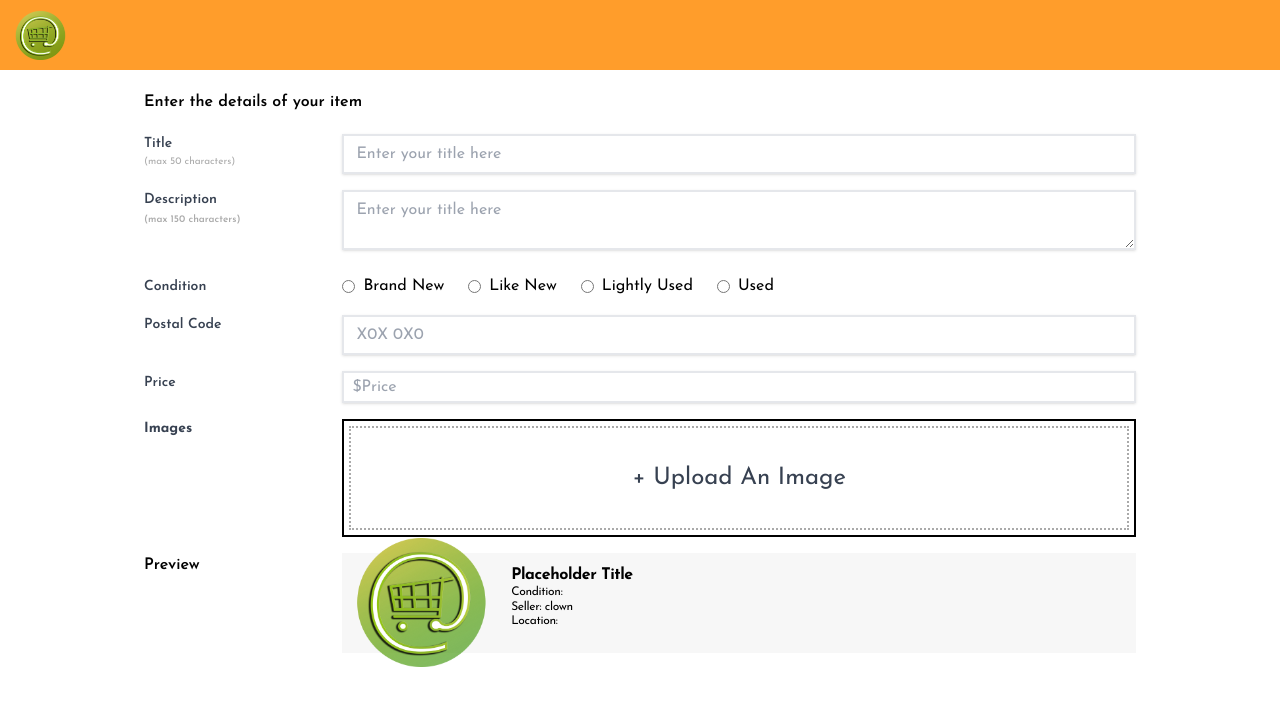
Repository: AdwaitSri/Kingston-Marketplace
Page: /creation (app in qhacks-24/)
An editor plug-in stored every save of this project. The page is shown before and after the next save, followed by the edit.
The browser window is 1280 px wide. The pictures show the whole page.
The project was rebuilt for these pictures with package versions that can differ from the ones it lists, and the page was loaded fresh each time. Also part of the build but not shown: qhacks-24/src/components/HomeNavbar.js, qhacks-24/src/pages/Home.js, qhacks-24/src/pages/Signup.js.

Above is the page before, as saved 2024-02-03 11:27:10.

### qhacks-24/public/index.html
<!DOCTYPE html>
<html lang="en">
  <head>
    <meta charset="utf-8" />
    <link rel="preconnect" href="https://fonts.googleapis.com">
    <link rel="preconnect" href="https://fonts.gstatic.com" crossorigin>
    <link href="https://fonts.googleapis.com/css2?family=Josefin+Sans:ital,wght@0,100;0,200;0,300;0,400;0,500;0,600;0,700;1,100;1,200;1,300;1,400;1,500;1,600;1,700&display=swap" rel="stylesheet">
    <link rel="icon" href="%PUBLIC_URL%/favicon.ico" />
    <meta name="viewport" content="width=device-width, initial-scale=1" />
    <meta name="theme-color" content="#000000" />
    <meta
      name="description"
      content="Web site created using create-react-app"
    />
    <link rel="apple-touch-icon" href="%PUBLIC_URL%/logo192.png" />
    <!--
      manifest.json provides metadata used when your web app is installed on a
      user's mobile device or desktop. See https://developers.google.com/web/fundamentals/web-app-manifest/
    -->
    <link rel="manifest" href="%PUBLIC_URL%/manifest.json" />
    <!--
      Notice the use of %PUBLIC_URL% in the tags above.
      It will be replaced with the URL of the `public` folder during the build.
      Only files inside the `public` folder can be referenced from the HTML.

      Unlike "/favicon.ico" or "favicon.ico", "%PUBLIC_URL%/favicon.ico" will
      work correctly both with client-side routing and a non-root public URL.
      Learn how to configure a non-root public URL by running `npm run build`.
    -->
    <title>React App</title>
  </head>
  <body>
    <noscript>You need to enable JavaScript to run this app.</noscript>
    <div id="root"></div>
    <!--
      This HTML file is a template.
      If you open it directly in the browser, you will see an empty page.

      You can add webfonts, meta tags, or analytics to this file.
      The build step will place the bundled scripts into the <body> tag.

      To begin the development, run `npm start` or `yarn start`.
      To create a production bundle, use `npm run build` or `yarn build`.
    -->
  </body>
</html>

### qhacks-24/src/pages/Creation.js
// Import React and necessary hooks
import React from 'react';
import CreationNavbar from '../components/CreationNavbar';

// The main component for the form
export default function Creation() {

    const [title, setTitle] = React.useState('');
    const [desc, setDesc] = React.useState('');
    const [postalCode, setPostalCode] = React.useState('');
    const [price, setPrice] = React.useState('');

    const [condition, setCondition] = React.useState(
        ["", "", "", ""]
    )

    const sellerName = "clown";  // ! IMPORTANT ! CHANGE TO THE USER'S NAME AFTERWARDS

    function handleTitleChange(event) {
        setTitle(prevTitle => (event.target.value));
    }

    function handleDescChange(event) {
        setDesc(prevDesc => (event.target.value));
    }

    function handlePostalCodeChange(event) {
        setPostalCode(prevPostalCode => (event.target.value));
    }

    function handlePriceChange(event) {
        setPrice(prevPrice => (event.target.value));
    }

    function handleConditionChange(event) {
        setCondition(prevCondition => {
            let newCondition = "";
            const target = event.target.id;


            if (prevCondition[target] === "") {
                newCondition = "checked";
            }

            let newState = ["", "", "", ""];
            newState[target] = newCondition;
            return newState;
        })
    }

    function getCondition() {
        let name = "";
        let index = -1;
        for (let i = 0; i < condition.length; i++) {
            if (condition[i] !== '') {
                index = i;
                break;
            }
        }
        const conditions = ["Brand New", "Like New", "Lightly Used", "Used"];
        if (index >= 0) {
            name = conditions[index];
        }
        return name;
    }

    return (
        <>
        <CreationNavbar />
        <div className="w-4/5 mx-auto">
            <div className="mt-[20px] mx-auto px-4">
                <h3
                    className='font-jose font-semibold w-full mb-[20px]'
                >Enter the details of your item</h3>

                <form>
                    <div className="mb-4 flex justify-between">
                    <label className="font-jose block" htmlFor="title">
                        <p className="text-gray-700 text-sm font-semibold">Title</p>
                        <p className="text-[#aaaaaa] text-[10px]">(max 50 characters)</p>
                    </label>
                    <input
                        className="font-jose shadow appearance-none border-2 w-[80%] py-2 px-3 text-gray-700 leading-tight focus:outline-none focus:shadow-outline"
                        name="title"
                        onChange={handleTitleChange}
                        type="text"
                        value={title}
                        placeholder="Enter your title here"
                    />
                    </div>

                    <div className="mb-4 flex justify-between">
                    <label className="font-jose block text-gray-700 text-sm font-semibold" htmlFor="description">
                        <p className="text-gray-700 text-sm font-semibold">Description</p>
                        <p className="text-[#aaaaaa] text-[10px]">(max 150 characters)</p>
                    </label>
                    <textarea
                        className="font-jose shadow appearance-none w-[80%] border-2 py-2 px-3 text-gray-700 leading-tight focus:outline-none focus:shadow-outline"
                        name="description"
                        placeholder="Enter your title here"
                        onChange={handleDescChange}
                        value={desc}
                    />
                    </div>

                    <div className="mb-4 flex justify-between">
                    <span className="font-jose text-gray-700 text-sm font-semibold mt-[11px]">Condition</span>
                    <div className="mt-2 w-[80%]">
                        <label className="font-jose inline-flex items-center">
                        <input type="radio" className="form-radio" name="condition" id="0" value="Brand New" onChange={handleConditionChange} checked={condition[0]}/>
                        <span className="font-jose ml-2">Brand New</span>
                        </label>
                        <label className="font-jose inline-flex items-center ml-6">
                        <input type="radio" className="form-radio" name="condition" id="1" value="Like New" onChange={handleConditionChange} checked={condition[1]}/>
                        <span className="font-jose ml-2">Like New</span>
                        </label>
                        <label className="font-jose inline-flex items-center ml-6">
                        <input type="radio" className="form-radio" name="condition" id="2" value="Lightly Used" onChange={handleConditionChange} checked={condition[2]}/>
                        <span className="font-jose ml-2">Lightly Used</span>
                        </label>
                        <label className="font-jose inline-flex items-center ml-6">
                        <input type="radio" className="form-radio" name="condition" id="3" value="Used" onChange={handleConditionChange} checked={condition[3]}/>
                        <span className="font-jose ml-2">Used</span>
                        </label>
                    </div>
                    </div>

                    <div className="mb-4 flex justify-between">
                    <label className="font-jose block text-gray-700 text-sm font-semibold" htmlFor="postal-code">
                        <p className="text-gray-700 text-sm font-semibold">Postal Code</p>
                    </label>
                    <input
                        className="font-jose shadow appearance-none border-2 w-[80%] py-2 px-3 text-gray-700 leading-tight focus:outline-none focus:shadow-outline"
                        name="postal-code"
                        type="text"
                        placeholder="X0X 0X0"
                        value={postalCode}
                        onChange={handlePostalCodeChange}
                    />
                    </div>

                    <div className="mb-4 flex justify-between items-center">
                    <label className="font-jose block text-gray-700 text-sm font-semibold mb-2" htmlFor="price">
                        Price
                    </label>
                    <input
                        className="font-jose shadow appearance-none border-2 w-[80%] py-1 px-2 text-gray-700 leading-tight focus:outline-none focus:shadow-outline"
                        name="price"
                        type="text"
                        placeholder="$Price"
                        value={price}
                        onChange={handlePriceChange}
                    />
                    </div>

                    <div className="mb-4 flex justify-between">
                    <label className="font-jose block text-gray-700 text-sm font-bold mb-2">
                        Images
                    </label>
                        <div
                            className='w-[80%] p-[5px] border-2 border-solid border-black'
                        >
                            <button
                                type="button"
                                className="font-jose w-full py-8 px-3 text-gray-700 text-[24px] border-2 border-dotted border-[#aaaaaa] z-10"
                            >
                                + Upload An Image
                            </button>
                        </div>
                    </div>

                    <div className="flex justify-between">
                        <p className="font-jose font-semibold">
                            Preview
                        </p>
                        <div
                            className="w-4/5 h-[100px] bg-[#f7f7f7] flex items-center"
                        >
                            <img src="/images/logo.png" alt="placeholder" className="w-[20%]"/>
                            <div className='h-full w-[80%] p-[10px]'>
                                <p className="font-jose font-bold tracking-tight h-[25%]">{title ? title : "Placeholder Title"}</p>
                                <p className="font-jose text-[12px] tracking-tight">Condition: {getCondition()}</p>
                                <p className="font-jose text-[12px] relative top-[-3px] tracking-tight">Seller: {sellerName}</p>
                                <p className="font-jose text-[12px] relative top-[-7px] tracking-tight">Location: {postalCode}</p>
                            </div>
                        </div>
                    </div>

                    <div className="font-jose flex justify-between items-center">
                        <button
                            type="button"
                            className="font-jose bg-red-500 hover:bg-red-700 text-white font-bold py-2 px-4 rounded focus:outline-none focus:shadow-outline"
                        >
                            Cancel
                        </button>
                        <button
                            type="submit"
                            className="font-jose bg-green-500 hover:bg-green-700 text-white font-bold py-2 px-4 rounded focus:outline-none focus:shadow-outline"
                        >
                            Confirm
                        </button>
                    </div>
                </form>
            </div>
        </div>
    </>
  );
};

Loaded but not shown: qhacks-24/src/index.css (common file); qhacks-24/src/App.css (common file); qhacks-24/src/components/CreationNavbar.js (21 lines, source omitted); qhacks-24/src/index.js (19 lines, source omitted); qhacks-24/src/App.js (20 lines, source omitted); qhacks-24/tailwind.config.js (18 lines, source omitted); qhacks-24/src/output.css (1762 lines, source omitted)

After the next save:
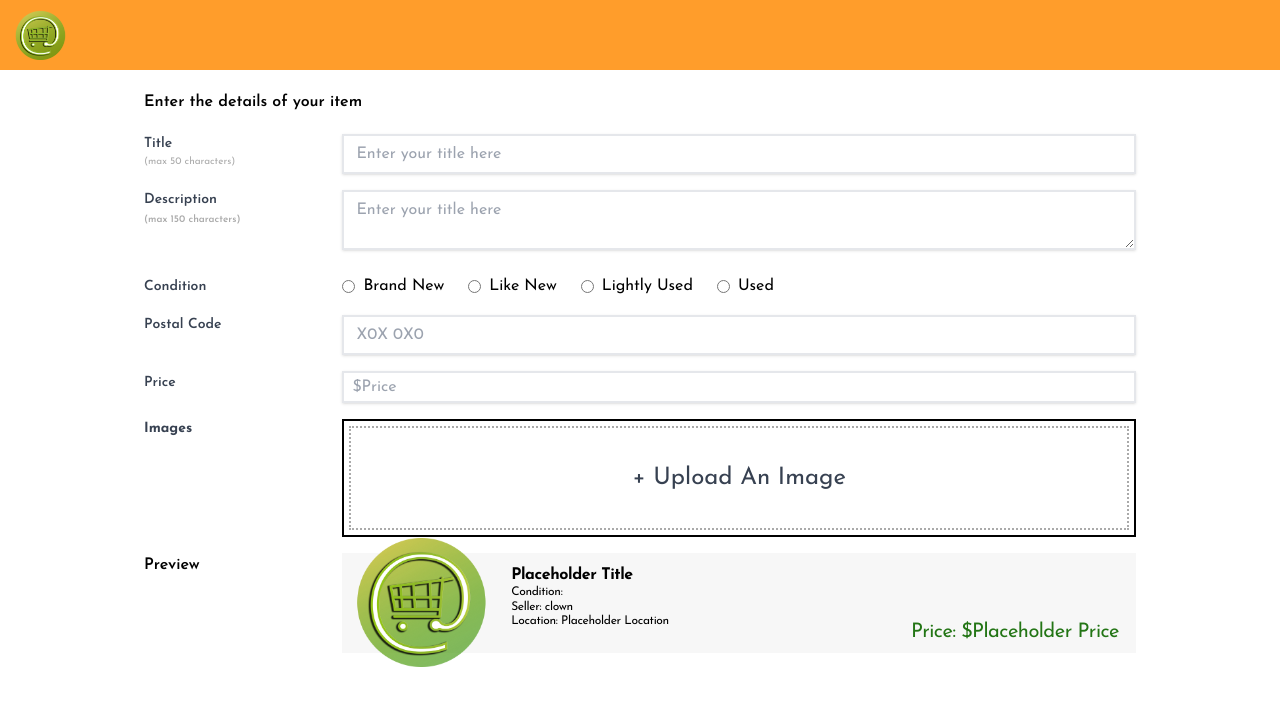
Saved 5 min 48 s later.
--- a/qhacks-24/src/pages/Creation.js
+++ b/qhacks-24/src/pages/Creation.js
@@ -177,11 +177,12 @@ export default function Creation() {
                             className="w-4/5 h-[100px] bg-[#f7f7f7] flex items-center"
                         >
                             <img src="/images/logo.png" alt="placeholder" className="w-[20%]"/>
-                            <div className='h-full w-[80%] p-[10px]'>
+                            <div className='h-full w-[80%] p-[10px] relative'>
                                 <p className="font-jose font-bold tracking-tight h-[25%]">{title ? title : "Placeholder Title"}</p>
                                 <p className="font-jose text-[12px] tracking-tight">Condition: {getCondition()}</p>
                                 <p className="font-jose text-[12px] relative top-[-3px] tracking-tight">Seller: {sellerName}</p>
-                                <p className="font-jose text-[12px] relative top-[-7px] tracking-tight">Location: {postalCode}</p>
+                                <p className="font-jose text-[12px] relative top-[-7px] tracking-tight">Location: {postalCode ? postalCode : "Placeholder Location"}</p>
+                                <p className="font-jose text-[20px] relative top-[-20px] right-[7px] text-[#237515] float-right tracking-tight">Price: ${price ? price : "Placeholder Price"}</p>
                             </div>
                         </div>
                     </div>
